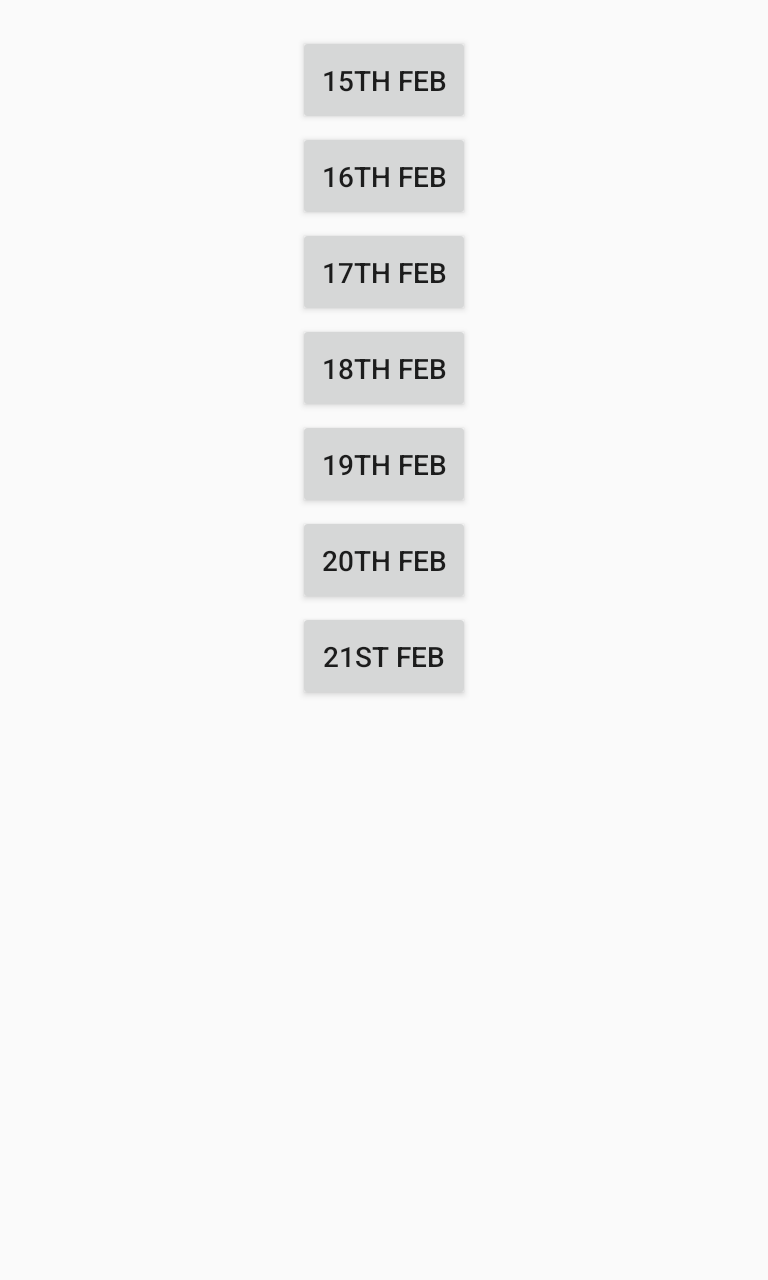
Repository: Attaphon1996/Engineering-Stuff
Layout: OSource/Android Play/Android_Projects/YASH15.0/res/layout/activity_main.xml
These files come from the project's save history. The layout is drawn as it stood at one moment and after the next save; the edit follows.
It is drawn on a 768 x 1280 px phone screen (xhdpi) without system bars, with theme AppTheme; the app's code is not run.

Above is the layout before, as saved 2015-02-08 16:53:50.

After the next save:
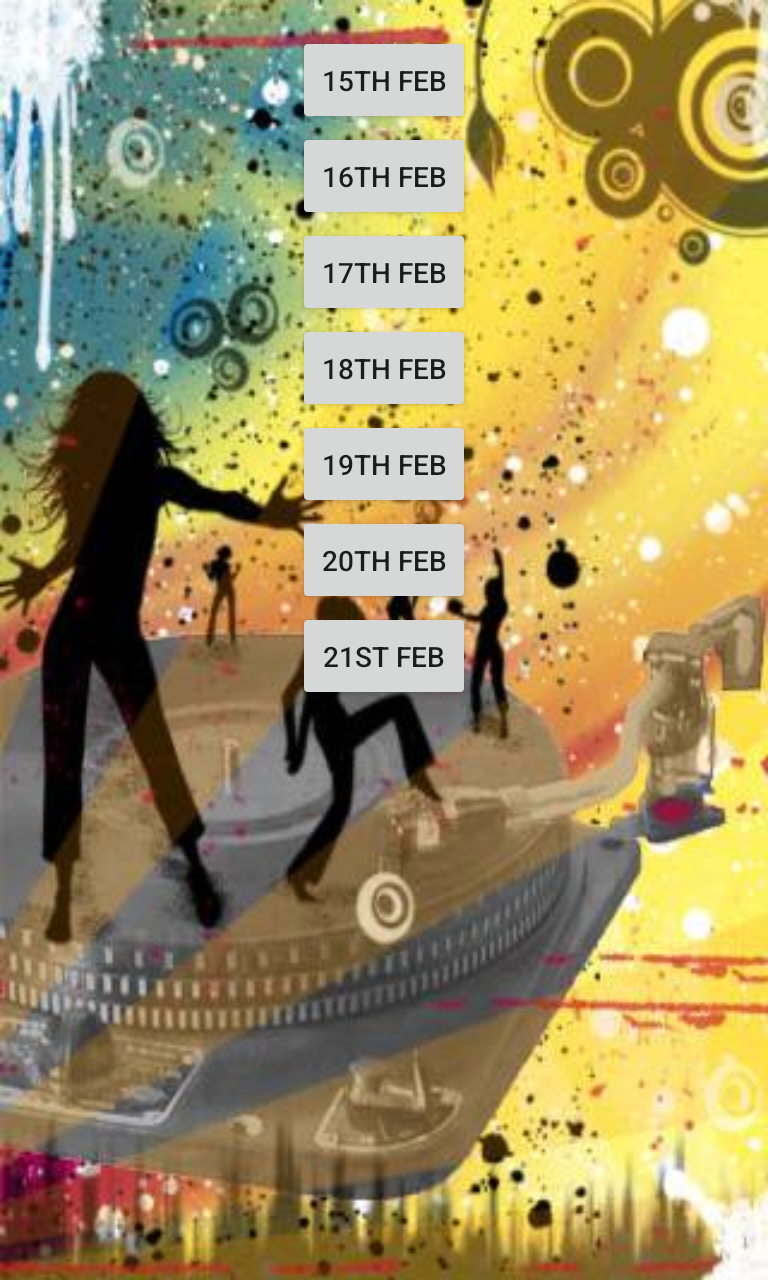
Saved 117 min 34 s later.
--- a/OSource/Android Play/Android_Projects/YASH15.0/res/layout/activity_main.xml
+++ b/OSource/Android Play/Android_Projects/YASH15.0/res/layout/activity_main.xml
@@ -8,6 +8,7 @@
     android:paddingTop="@dimen/activity_vertical_margin"
     tools:context="com.mundheyrohan.yash15.MainActivity"
     android:orientation="vertical"
+    android:background="@drawable/mad"
     >
 
     <Button
